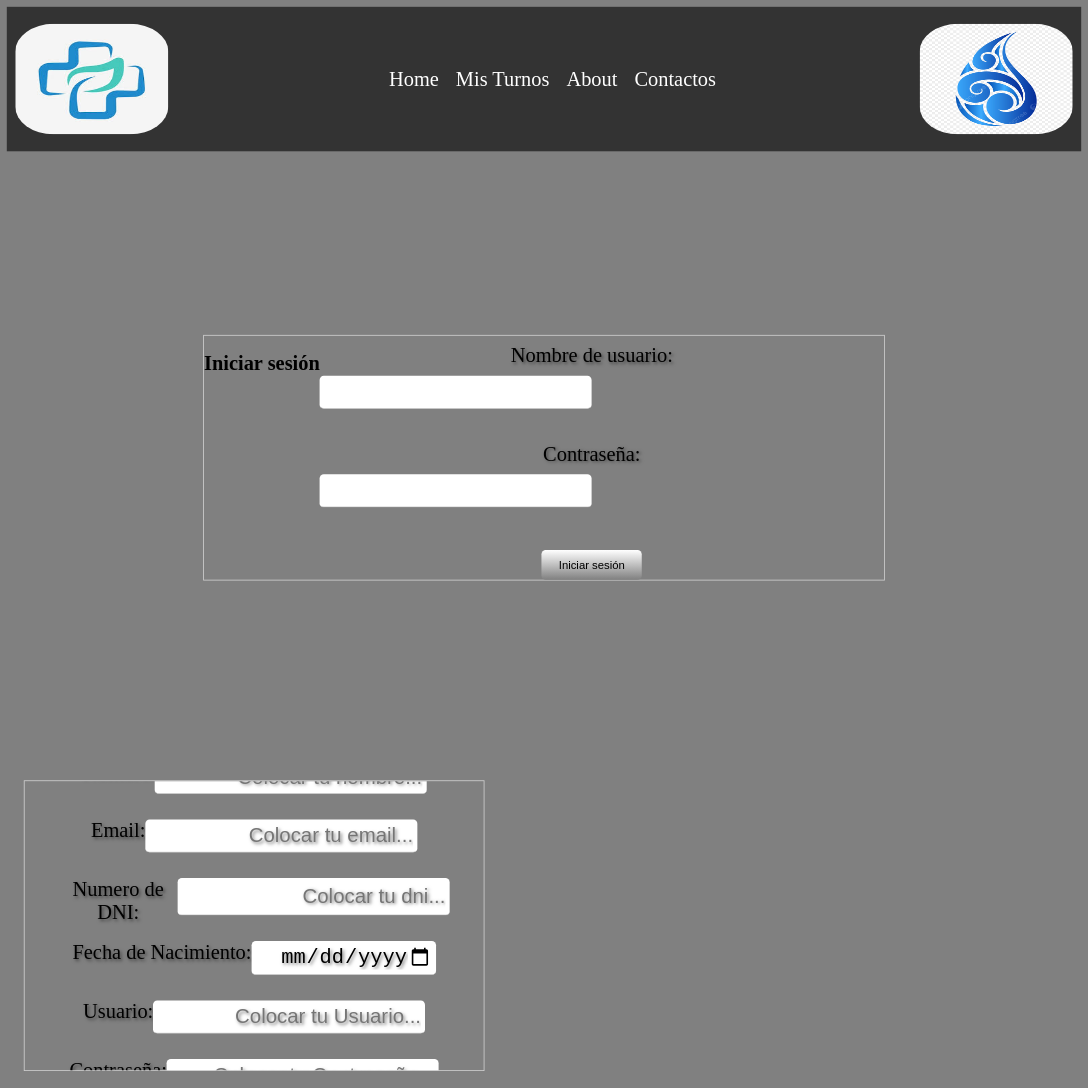
Repository: mauro8778/TurnoClinica
Page: / (app in front/vite-project/)
An editor plug-in stored every save of this project. The page is shown before and after the next save, followed by the edit.
The browser window is 1280 px wide. The pictures show the whole page, at 85% of full size.
The project was rebuilt for these pictures with package versions that can differ from the ones it lists, and the page was loaded fresh each time. Also part of the build but not shown: front/vite-project/vite.config.js.

Above is the page before, as saved 2024-04-14 14:04:04.

### front/vite-project/src/App.jsx

import "./index.css"
import NavBar from "./components/NavBar/NavBar.jsx";
import Login from "./views/Login/Login"
import Register from "./views/Register/Register.jsx";


function App() {


  return (
    <>
    <NavBar/>
  <Login/>
  <Register/>
    </>


  )
}

export default App

### front/vite-project/src/index.css
body{

  background-color: grey;
}

### front/vite-project/src/components/NavBar/NavBar.jsx

import  "./NavBar.css";
import hospital from "../../assets/hospital.jpg"
import logo from "../../assets/logo.jpg"


const NavBar=()=>{

    return(
    <>

    <div className="navbar">
      <img src={hospital} alt="Imagen 1" className="left-image" />
      <ul className="nav-list">
        <li>Home</li>
        <li>Mis Turnos </li>
        <li>About</li>
        <li>Contactos </li>
      </ul>
      <img src={logo} alt="Imagen 2" className="right-image" />
    </div>


    </>
    )
}
export default NavBar;

### front/vite-project/src/views/Login/Login.jsx
import { useState } from "react";
import axios from "axios"
import "./login.css";

const LoginForm = () => {
  const [credentials, setCredentials] = useState({
    username: "",
    password: ""
  });

  const [error, setError] = useState("");

  const handleInputChange = (event) => {
    const { name, value } = event.target;
    setCredentials({
      ...credentials,
      [name]: value
    });
  };

  const handleFormSubmit = async (event) => {
    event.preventDefault();
    if (!credentials.username && !credentials.password) {
        setError("Faltan rellenar los campos de usuario y contraseña");
        return;
      }
      if (!credentials.username) {
        setError("Falta colocar el nombre de usuario");
        return;
      }
      if (!credentials.password) {
        setError("Falta colocar la contraseña");
        return;
      }
    try {
        const response = await axios.post("http://localhost:3000/users/loguin", credentials);
        if (response.status === 200) {
          alert("Inicio de sesión exitoso");
        } else {
          setError("Credenciales inválidas");
        }
    } catch (error) {
        if (error.response && error.response.status === 400) {
          setError("Usuario inexistente");
        } else if (error.response && error.response.status === 401) {
          setError("Contraseña incorrecta");
        } else {
          setError ("Error al iniciar sesión. Por favor, inténtalo de nuevo más tarde");
        }
    }
};
  return (
    <div className="card-container">
    <div className="card">
      <h2>Iniciar sesión</h2>
      <form onSubmit={handleFormSubmit} className="form-container">
        <div className="input-container">
          <label htmlFor="username">Nombre de usuario:</label>
          <input
            type="text"
            id="username"
            name="username"
            value={credentials.username}
            onChange={handleInputChange}
          />
        </div>
        <div className="input-container">
          <label htmlFor="password">Contraseña:</label>
          <input
            type="password"
            id="password"
            name="password"
            value={credentials.password}
            onChange={handleInputChange}
          />
        </div>
        {error && <p className="error">{error}</p>}
        <button type="submit">Iniciar sesión</button>
      </form>
    </div>
  </div>
);
};

export default LoginForm;

### front/vite-project/src/views/Register/Register.jsx

import { useState, useEffect } from "react";
import "../Register/Register.css";
import { Validate } from "../../helper/validate";
import axios from "axios";

const Register = () => {
  const [userData, setUserData] = useState({
    name: "",
    email: "",
    nDni: "",
    birthdate: "",
    username: "",
    password: ""
  });

  const [errors, setErrors] = useState({
    name: "",
    email: "",
    nDni: "",
    birthdate: "",
    username: "",
    password: ""
  });

  const [formSubmitted, setFormSubmitted] = useState(false);

  const handleInputChange = (event) => {
    const { name, value } = event.target;
    setUserData({
      ...userData,
      [name]: value
    });
  };

  const handleFormSubmit = (event) => {
    event.preventDefault();
    setFormSubmitted(true);
  };

  useEffect(() => {
    if (formSubmitted) {
      const currentErrors = Validate(userData);
      setErrors(currentErrors);

      const noErrors = Object.values(currentErrors).every(
        (error) => error === ""
      );

      if (noErrors) {
        axios
          .post("http://localhost:3000/users/register", userData)
          .then(() => {
            alert("Usuario creado con éxito");
            setFormSubmitted(false);
            setUserData({
              name: "",
              email: "",
              nDni: "",
              birthdate: "",
              username: "",
              password: ""
            });
            setErrors({
              name: "",
              email: "",
              nDni: "",
              birthdate: "",
              username: "",
              password: ""
            });
          })
          .catch((error) => {
            console.error("Error al enviar los datos:", error);
          });
      }
    }
  }, [formSubmitted, userData]);

  return (
    <>
      <div className="tarjeta">
        <div className="contenido">
          <h2>Formulario de Registro</h2>
          <form onSubmit={handleFormSubmit}>
            <label htmlFor="name">
              Nombre:
              <input
                type="text"
                value={userData.name}
                name="name"
                placeholder="Colocar tu nombre..."
                onChange={handleInputChange}
              />
            </label>
            {formSubmitted && <p className="error">{errors.name}</p>}

            <label htmlFor="email">
              Email:
              <input
                type="text"
                value={userData.email}
                name="email"
                placeholder="Colocar tu email..."
                onChange={handleInputChange}
              />
            </label>
            {formSubmitted && <p className="error">{errors.email}</p>}

            <label htmlFor="nDni">
              Numero de DNI:
              <input
                type="text"
                value={userData.nDni}
                name="nDni"
                placeholder="Colocar tu dni..."
                onChange={handleInputChange}
              />
            </label>
            {formSubmitted && <p className="error">{errors.nDni}</p>}

            <label htmlFor="birthdate">
              Fecha de Nacimiento:
              <input
                type="date"
                value={userData.birthdate}
                name="birthdate"
                placeholder="Colocar tu Fecha de Nacimiento..."
                onChange={handleInputChange}
              />
            </label>
            {formSubmitted && <p className="error">{errors.birthdate}</p>}

            <label htmlFor="username">
              Usuario:
              <input
                type="text"
                value={userData.username}
                name="username"
                placeholder="Colocar tu Usuario..."
                onChange={handleInputChange}
              />
            </label>
            {formSubmitted && <p className="error">{errors.username}</p>}

            <label htmlFor="password">
              Contraseña:
              <input
                type="password"
                value={userData.password}
                name="password"
                placeholder="Colocar tu Contraseña..."
                onChange={handleInputChange}
              />
            </label>
            {formSubmitted && <p className="error">{errors.password}</p>}

            <button type="submit">Enviar</button>
          </form>
        </div>
      </div>
    </>
  );
};

export default Register;

### front/vite-project/src/components/NavBar/NavBar.css
.navbar {
  display: flex;
  justify-content: space-between;
  align-items: center;
  background-color: #333;
  padding: 10px;
  height: 150px;
}

.nav-list {
  list-style: none;
  display: flex;
  margin: 0;
  padding: 0;
}

.nav-list li {
  margin-left: 20px;
  color: white;
  font-size: 1.5rem;
}

.left-image,
.right-image {
  width: 180px;
  height: 130px;
  border-radius: 25%;
}

### front/vite-project/src/views/Login/login.css
.card-container {
  display: flex;
  justify-content: center;
  align-items: center;
  height: 100vh;
}
.centered{
  text-align: center;
  font-size: 3rem;
  color: black;
  padding: 10px 20px;
  text-shadow: 2px 2px 4px rgba(0, 0, 0, 0.5);
}
label{
  text-align: center;
  font-size: 1.5rem;
  color: black;
  padding: 10px 20px;
  border-radius: 5px;
  text-shadow: 2px 2px 4px rgba(0, 0, 0, 0.5);
  display: flex;
  justify-content: center;

}
input{
  text-align: right;
  font-size: 1.5rem;
  color: black;
  padding: 10px 20px;
  border-radius: 5px;
  text-shadow: 2px 2px 4px rgba(0, 0, 0, 0.5);
}

.card {
  display: flex;
  border: 1px solid #ccc;
  width: 80%;
  max-width: 800px;
}

.left-column,
.right-column {
  flex: 1;
  padding: 20px;
  background: linear-gradient(white,grey) ;
  display: flex;
  justify-content: center;
  align-items: center;
}

.left-column {
  border-right: 1px solid #ccc;
  background: linear-gradient(white,grey);
  display: flex;
  justify-content: center;
  align-items: center;
}

.right-column {
  display: flex;
  flex-direction: column;
  align-items: center;
  padding: 20px; }

.right-column h2 {
  margin-bottom: 20px;
}

.form-container {
  width: 80%;
  text-align: center;
}

.input-container {
  width: 100%;
  margin-bottom: 20px;
  text-align: left;
}

.error {
  color: red;
  text-align: center;
}

.button-container {
  margin: 0 5px;
}


.botones{
  display: flex;
  justify-content: space-between;
  align-items: center;
}
button {
  padding: 10px 20px;
  background: linear-gradient(white, grey);
  transition: background-color 0.3s ease;
  text-decoration: none;
  color: #333;
  border-radius: 5px;
}
button:hover {
  background-color: rgba(0, 0, 0, 0.1);
}
.Links {
  padding: 10px 20px;
  background: linear-gradient(white, grey);
  transition: background-color 0.3s ease;
  text-decoration: none;
  color: #333;
  border-radius: 5px;
}
.Links:hover {
  background-color: rgba(0, 0, 0, 0.1);
}

### front/vite-project/src/views/Register/Register.css
.tarjeta {
    display: flex;
    flex-direction: column;
    justify-content: center;
    align-items: center;
    width: 500px;
    height: 300px;
    margin: 20px;
    padding: 20px;
    position: relative;
    overflow: hidden;
    border: 1px solid #ccc;
    background-color: transparent;
    transition: all 0.3s ease;
  }

  .tarjeta:hover {
    transform: scale(1.05);
    box-shadow: 0 0 10px rgba(0, 0, 0, 0.2);
  }

  .contenido {
    display: flex;
    flex-direction: column;
    align-items: center;
  }

  .contenido h2 {
    color: black;
  }

  button {
    margin-top: 20px;
    padding: 10px 20px;
    background-color: transparent;
    border: none;
    color: black;
    cursor: pointer;
  }

  button:hover {
    background-color: #ccc;
  }

  input {
    margin-bottom: 10px;
    padding: 5px;
    border: none;
    border-bottom: 1px solid #ccc;
    outline: none;
    padding: auto;
  }

  input:focus {
    border-bottom-color: black;
  }
  .error{
color: red;
  }

### front/vite-project/src/helper/validate.js
export const Validate = (input) => {
    const errors = {};

    const nameRegex = /^[A-Za-z]{1,20}$/;
    if (!nameRegex.test(input.name)) {
        errors.name = "El nombre debe contener solo letras y tener máximo 20 caracteres";
    }

    const emailRegex = /^[^\s@]+@[^\s@]+\.[^\s@]+$/;
    if (!emailRegex.test(input.email)) {
        errors.email = "El email no es válido";
    }

    const nDniRegex = /^\d{1,8}$/;
    if (!nDniRegex.test(input.nDni)) {
        errors.nDni = "El número de DNI debe contener solo números y tener máximo 8 dígitos";
    }

    const birthdateRegex = /^(19|20)\d\d-(0[1-9]|1[0-2])-(0[1-9]|[12][0-9]|3[01])$/;
    if (!birthdateRegex.test(input.birthdate)) {
        errors.birthdate = "La fecha de nacimiento no es válida";
    }

    const usernameRegex = /^[A-Za-z0-9_]{3,20}$/;
    if (!usernameRegex.test(input.username)) {
        errors.username = "El nombre de usuario debe contener solo letras, números y guiones bajos, y tener entre 3 y 20 caracteres";
    }

    const passwordRegex = /^.{8,}$/;
    if (!passwordRegex.test(input.password)) {
        errors.password = "La contraseña debe tener al menos 8 caracteres";
    }

    return errors;
};

Loaded but not shown: front/vite-project/index.html (common file); front/vite-project/src/main.jsx (common file)

After the next save:
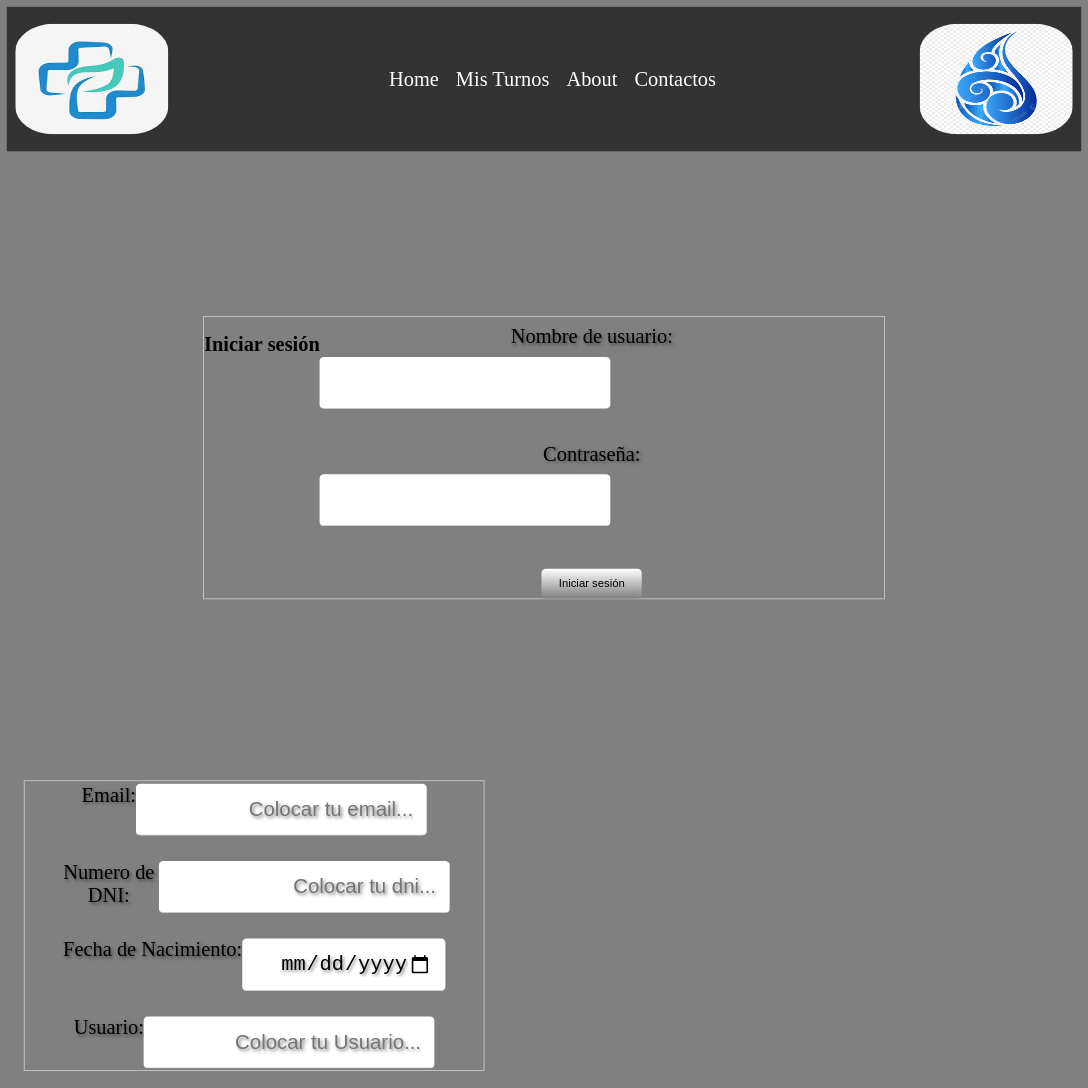
Saved 21 s later.
--- a/front/vite-project/src/views/Register/Register.css
+++ b/front/vite-project/src/views/Register/Register.css
@@ -48,7 +48,7 @@
     border: none;
     border-bottom: 1px solid #ccc;
     outline: none;
-    padding: auto;
+    padding: 1rem;
   }
 
   input:focus {

After the 2 saves that followed:
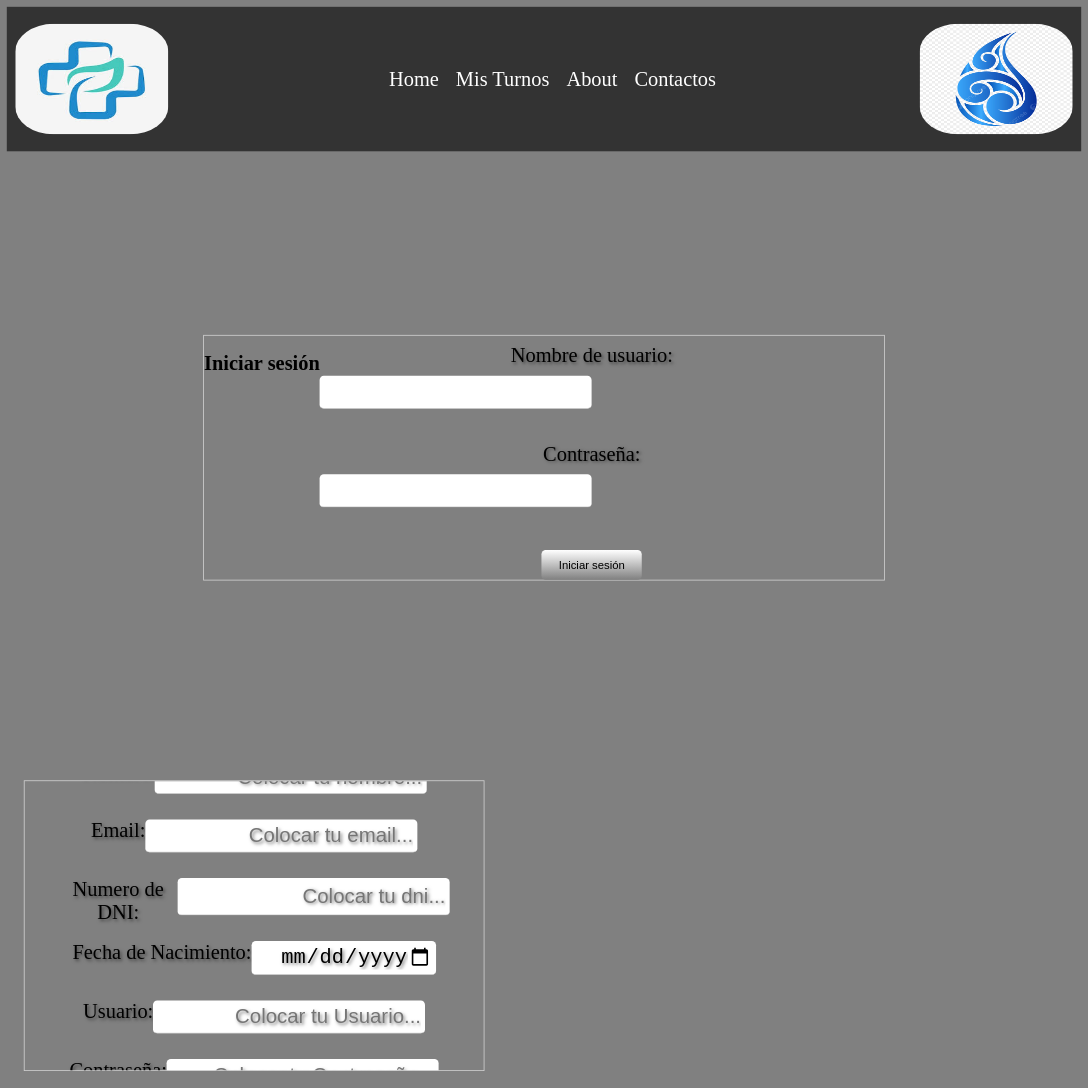
The 2 saves are shown as one change because 1 left the picture as it was.
The last was saved 77 s later.
--- a/front/vite-project/src/views/Register/Register.css
+++ b/front/vite-project/src/views/Register/Register.css
@@ -48,9 +48,7 @@
     border: none;
     border-bottom: 1px solid #ccc;
     outline: none;
-    padding: 1rem;
   }
-
   input:focus {
     border-bottom-color: black;
   }
